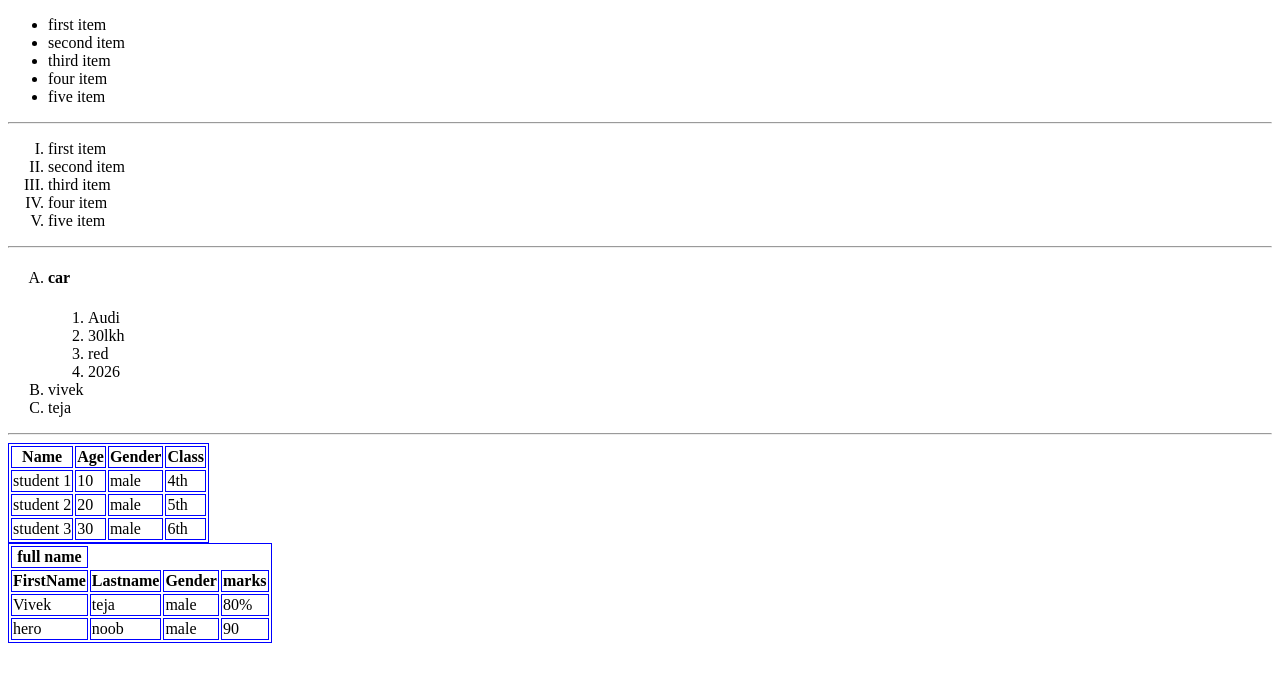
Repository: viveknaidu007/repo-166-Full-Stack-Development-Learning-Notes-Innomatics-2024
Page: module_1-html,css,bootstrap/spet_20_2024/index.html
An editor plug-in stored every save of this project. The page is shown before and after the next save, followed by the edit.
The browser window is 1280 px wide. The pictures show the whole page.

Above is the page before, as saved 2024-09-21 13:14:52.

After the next save:
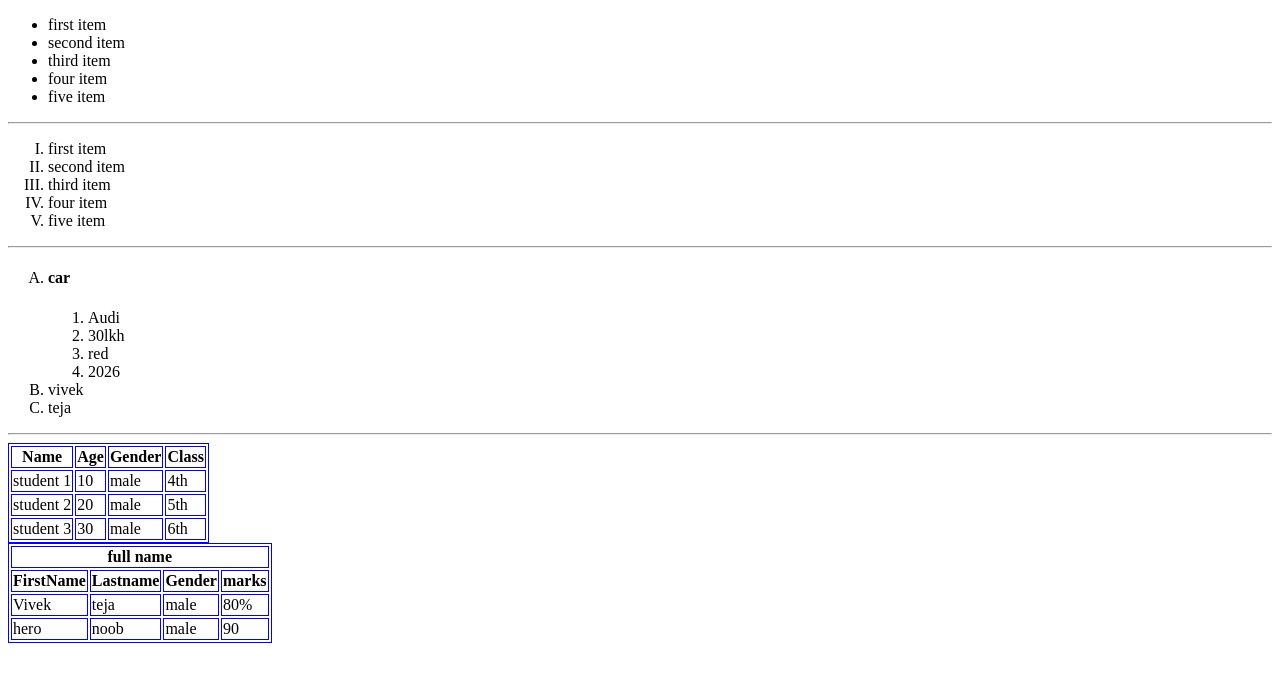
Saved 7 min 9 s later.
--- a/module_1-html,css,bootstrap/spet_20_2024/index.html
+++ b/module_1-html,css,bootstrap/spet_20_2024/index.html
@@ -81,7 +81,7 @@
 
     <table>
         <tr>
-            <th> full name </th>
+            <th colspan="4"> full name </th>
         </tr>
         <tr>
             <th> FirstName </th>
